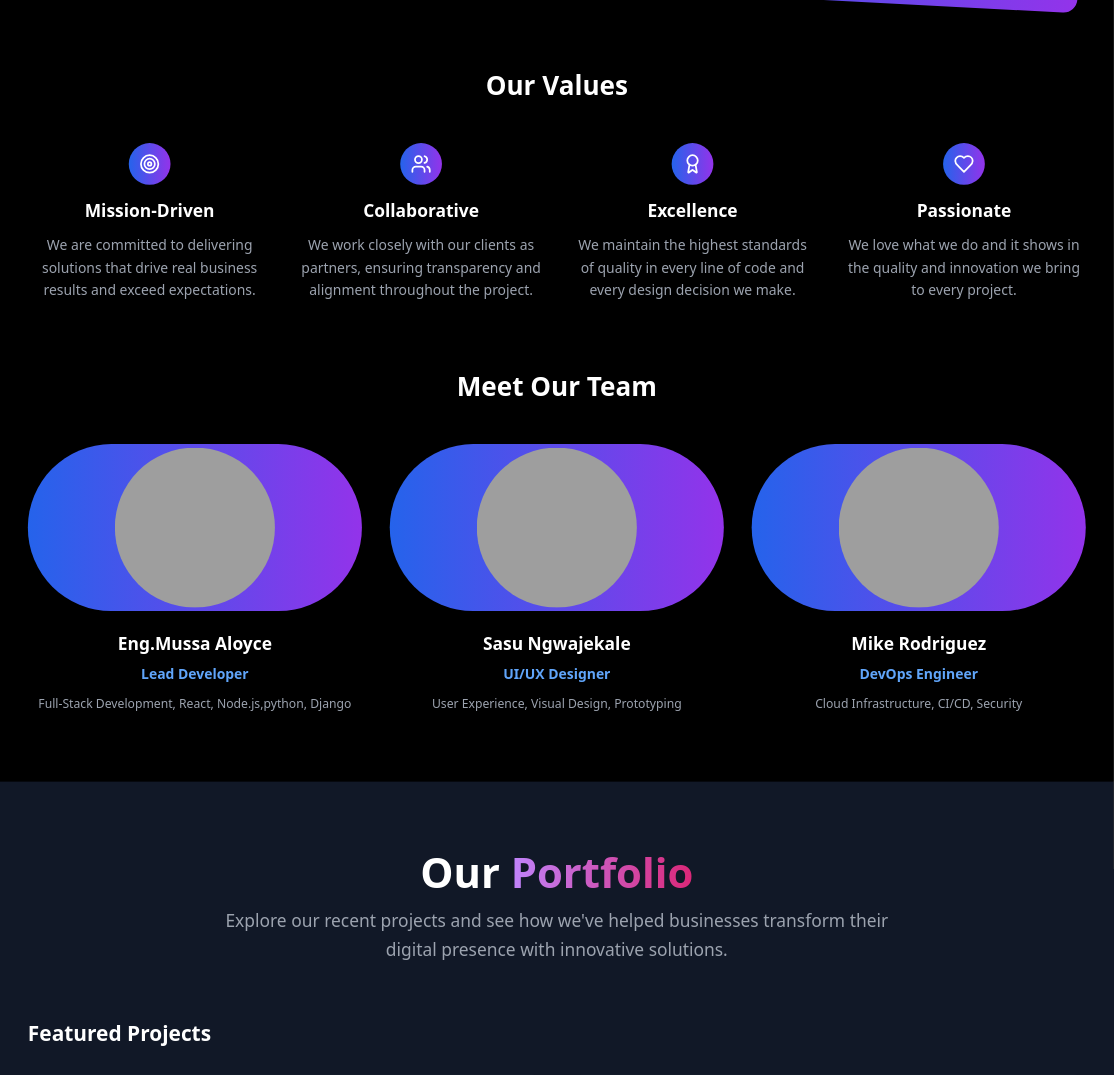
Repository: naza-webtech/nazawebtech.com
Page: /
An editor plug-in stored every save of this project. The page is shown before and after the next save, followed by the edit.
The browser window is 1280 px wide. The pictures show the part of the page from y = 3674 to 4910 px (the page is 9097 px tall), at 87% of full size.
Pictures or frames that could not be fetched are drawn as grey boxes. The project was rebuilt for these pictures with package versions that can differ from the ones it lists, and the page was loaded fresh each time. Also part of the build but not shown: vite.config.ts.

Above is the page before, as saved 2025-11-14 09:20:28.

### index.html
<!doctype html>
<html lang="en">
  <head>
    <meta charset="UTF-8" />
    <link rel="icon" type="image/svg+xml" href="/vite.svg" />
    <meta name="viewport" content="width=device-width, initial-scale=1.0" />
    <title>NazaWebTech - Web Development & Digital Solutions</title>
    <meta name="description" content="Transform your business with innovative web development, mobile apps, and digital solutions. Expert team delivering cutting-edge technology solutions.">
    <meta name="keywords" content="web development, mobile apps, e-commerce, digital solutions, React, Next.js, technology consulting">
  </head>
  <body>
    <div id="root"></div>
    <script type="module" src="/src/main.tsx"></script>
  </body>
</html>

### src/App.tsx
import React from 'react';
import Header from './components/Header';
import Hero from './components/Hero';
import Services from './components/Services';
import About from './components/About';
import Portfolio from './components/Portfolio';
import Testimonials from './components/Testimonials';
import Contact from './components/Contact';
import Footer from './components/Footer';

function App() {
  return (
    <div className="bg-black">
      <Header />
      <Hero />
      <Services />
      <About />
      <Portfolio />
      <Testimonials />
      <Contact />
      <Footer />
    </div>
  );
}

export default App;

### src/components/Header.tsx
import React, { useState, useEffect } from 'react';
import { Menu, X, Code2 } from 'lucide-react';

const Header = () => {
  const [isMenuOpen, setIsMenuOpen] = useState(false);
  const [isScrolled, setIsScrolled] = useState(false);

  useEffect(() => {
    const handleScroll = () => {
      setIsScrolled(window.scrollY > 50);
    };
    window.addEventListener('scroll', handleScroll);
    return () => window.removeEventListener('scroll', handleScroll);
  }, []);

  const navItems = [
    { label: 'Home', href: '#home' },
    { label: 'Services', href: '#services' },
    { label: 'About', href: '#about' },
    { label: 'Portfolio', href: '#portfolio' },
    { label: 'Contact', href: '#contact' },
  ];

  const scrollToSection = (href: string) => {
    const element = document.querySelector(href);
    if (element) {
      element.scrollIntoView({ behavior: 'smooth' });
      setIsMenuOpen(false);
    }
  };

  return (
    <header className={`fixed top-0 left-0 right-0 z-50 transition-all duration-300 ${
      isScrolled ? 'bg-gray-900/95 backdrop-blur-md shadow-lg' : 'bg-transparent'
    }`}>
      <div className="max-w-7xl mx-auto px-4 sm:px-6 lg:px-8">
        <div className="flex items-center justify-between h-16">
          <div className="flex items-center space-x-2">
            <Code2 className="h-8 w-8 text-blue-500" />
            <span className="text-xl font-bold text-white">NazaWebTech</span>
          </div>

          <nav className="hidden md:flex items-center space-x-8">
            {navItems.map((item) => (
              <button
                key={item.label}
                onClick={() => scrollToSection(item.href)}
                className="text-gray-300 hover:text-white transition-colors duration-200 font-medium"
              >
                {item.label}
              </button>
            ))}
            <button
              onClick={() => scrollToSection('#contact')}
              className="bg-blue-600 hover:bg-blue-700 text-white px-6 py-2 rounded-full transition-colors duration-200 font-medium"
            >
              Get Started
            </button>
          </nav>

          <button
            className="md:hidden text-white"
            onClick={() => setIsMenuOpen(!isMenuOpen)}
          >
            {isMenuOpen ? <X size={24} /> : <Menu size={24} />}
          </button>
        </div>

        {/* Mobile menu */}
        {isMenuOpen && (
          <div className="md:hidden bg-gray-900/95 backdrop-blur-md rounded-lg mt-2 p-4">
            {navItems.map((item) => (
              <button
                key={item.label}
                onClick={() => scrollToSection(item.href)}
                className="block w-full text-left text-gray-300 hover:text-white py-2 transition-colors duration-200"
              >
                {item.label}
              </button>
            ))}
            <button
              onClick={() => scrollToSection('#contact')}
              className="w-full bg-blue-600 hover:bg-blue-700 text-white px-6 py-2 rounded-full transition-colors duration-200 mt-4"
            >
              Get Started
            </button>
          </div>
        )}
      </div>
    </header>
  );
};

export default Header;

### src/components/Hero.tsx
import React from 'react';
import { ArrowRight, Play } from 'lucide-react';

const Hero = () => {
  const scrollToSection = (href: string) => {
    const element = document.querySelector(href);
    if (element) {
      element.scrollIntoView({ behavior: 'smooth' });
    }
  };

  return (
    <section id="home" className="relative min-h-screen flex items-center justify-center overflow-hidden">
      {/* Background */}
      <div className="absolute inset-0 bg-gradient-to-br from-gray-900 via-gray-800 to-black">
        <div className="absolute inset-0 bg-[url('https://images.pexels.com/photos/546819/pexels-photo-546819.jpeg')] bg-cover bg-center opacity-10"></div>
        <div className="absolute inset-0 bg-gradient-to-r from-blue-600/20 to-purple-600/20"></div>
      </div>

      {/* Animated particles */}
      <div className="absolute inset-0">
        {[...Array(20)].map((_, i) => (
          <div
            key={i}
            className="absolute w-2 h-2 bg-blue-500 rounded-full opacity-30 animate-pulse"
            style={{
              left: `${Math.random() * 100}%`,
              top: `${Math.random() * 100}%`,
              animationDelay: `${Math.random() * 3}s`,
              animationDuration: `${2 + Math.random() * 3}s`,
            }}
          />
        ))}
      </div>

      <div className="relative z-10 max-w-7xl mx-auto px-4 sm:px-6 lg:px-8 text-center">
        <div className="max-w-4xl mx-auto">
          <h1 className="text-5xl md:text-7xl font-bold text-white mb-6 leading-tight">
            <span className="bg-gradient-to-r from-blue-400 to-purple-600 bg-clip-text text-transparent">
              Crafting
            </span>{' '}
            Digital Excellence
          </h1>

          <p className="text-xl md:text-2xl text-gray-300 mb-8 leading-relaxed max-w-3xl mx-auto">
            We transform your vision into powerful digital experiences through cutting-edge web development,
            innovative design, and strategic technology solutions.
          </p>

          <div className="flex flex-col sm:flex-row items-center justify-center gap-4 mb-12">
            <button
              onClick={() => scrollToSection('#services')}
              className="group bg-blue-600 hover:bg-blue-700 text-white px-8 py-4 rounded-full font-semibold transition-all duration-300 transform hover:scale-105 hover:shadow-xl flex items-center gap-2"
            >
              Explore Our Services
              <ArrowRight className="w-5 h-5 group-hover:translate-x-1 transition-transform duration-300" />
            </button>

            <button
              onClick={() => scrollToSection('#portfolio')}
              className="group bg-transparent border-2 border-white text-white hover:bg-white hover:text-gray-900 px-8 py-4 rounded-full font-semibold transition-all duration-300 flex items-center gap-2"
            >
              <Play className="w-5 h-5" />
              View Our Work
            </button>
          </div>

          <div className="grid grid-cols-1 md:grid-cols-3 gap-8 mt-16">
            <div className="text-center">
              <div className="text-4xl font-bold text-blue-400 mb-2">50+</div>
              <div className="text-gray-400">Projects Completed</div>
            </div>
            <div className="text-center">
              <div className="text-4xl font-bold text-emerald-400 mb-2">5+</div>
              <div className="text-gray-400">Years Experience</div>
            </div>
            <div className="text-center">
              <div className="text-4xl font-bold text-orange-400 mb-2">100%</div>
              <div className="text-gray-400">Client Satisfaction</div>
            </div>
          </div>
        </div>
      </div>

      {/* Scroll indicator */}
      <div className="absolute bottom-8 left-1/2 transform -translate-x-1/2 animate-bounce">
        <div className="w-6 h-10 border-2 border-white rounded-full flex justify-center">
          <div className="w-1 h-3 bg-white rounded-full mt-2 animate-pulse"></div>
        </div>
      </div>
    </section>
  );
};

export default Hero;

### src/components/About.tsx
import React from 'react';
import { Users, Award, Target, Heart } from 'lucide-react';

const About = () => {
  const values = [
    {
      icon: <Target className="w-6 h-6" />,
      title: 'Mission-Driven',
      description: 'We are committed to delivering solutions that drive real business results and exceed expectations.'
    },
    {
      icon: <Users className="w-6 h-6" />,
      title: 'Collaborative',
      description: 'We work closely with our clients as partners, ensuring transparency and alignment throughout the project.'
    },
    {
      icon: <Award className="w-6 h-6" />,
      title: 'Excellence',
      description: 'We maintain the highest standards of quality in every line of code and every design decision we make.'
    },
    {
      icon: <Heart className="w-6 h-6" />,
      title: 'Passionate',
      description: 'We love what we do and it shows in the quality and innovation we bring to every project.'
    }
  ];

  const team = [
    {
      name: 'Eng.Mussa Aloyce',
      role: 'Lead Developer',
      image: 'p',
      expertise: 'Full-Stack Development, React, Node.js,python, Django'
    },
    {
      name: 'Sasu Ngwajekale',
      role: 'UI/UX Designer',
      image: 'https://images.pexels.com/photos/774909/pexels-photo-774909.jpeg',
      expertise: 'User Experience, Visual Design, Prototyping'
    },
    {
      name: 'Mike Rodriguez',
      role: 'DevOps Engineer',
      image: 'https://images.pexels.com/photos/697509/pexels-photo-697509.jpeg',
      expertise: 'Cloud Infrastructure, CI/CD, Security'
    }
  ];

  return (
    <section id="about" className="py-20 bg-black">
      <div className="max-w-7xl mx-auto px-4 sm:px-6 lg:px-8">
        <div className="text-center mb-16">
          <h2 className="text-4xl md:text-5xl font-bold text-white mb-4">
            About <span className="bg-gradient-to-r from-emerald-400 to-blue-600 bg-clip-text text-transparent">NazaWebTech</span>
          </h2>
          <p className="text-xl text-gray-400 max-w-3xl mx-auto leading-relaxed">
            We're a passionate team of developers, designers, and strategists dedicated to creating
            exceptional digital experiences that drive business growth.
          </p>
        </div>

        <div className="grid grid-cols-1 lg:grid-cols-2 gap-16 items-center mb-20">
          <div>
            <h3 className="text-3xl font-bold text-white mb-6">Our Story</h3>
            <p className="text-gray-300 mb-6 leading-relaxed">
              Founded in 2019, NazaWebTech began as a vision to bridge the gap between cutting-edge
              technology and business success. We've grown from a small startup to a trusted partner
              for businesses ranging from startups to enterprise corporations.
            </p>
            <p className="text-gray-300 mb-6 leading-relaxed">
              Our approach combines technical expertise with deep business understanding, ensuring
              that every solution we create not only works flawlessly but also drives measurable
              results for our clients.
            </p>
            <div className="flex items-center space-x-8">
              <div>
                <div className="text-2xl font-bold text-emerald-400">50+</div>
                <div className="text-gray-400 text-sm">Happy Clients</div>
              </div>
              <div>
                <div className="text-2xl font-bold text-blue-400">100+</div>
                <div className="text-gray-400 text-sm">Projects</div>
              </div>
              <div>
                <div className="text-2xl font-bold text-orange-400">5+</div>
                <div className="text-gray-400 text-sm">Years</div>
              </div>
            </div>
          </div>

          <div className="relative">
            <div className="absolute inset-0 bg-gradient-to-r from-blue-600 to-purple-600 rounded-2xl transform rotate-3"></div>
            <img
              src="https://images.pexels.com/photos/3183150/pexels-photo-3183150.jpeg"
              alt="Team working"
              className="relative rounded-2xl w-full h-96 object-cover"
            />
          </div>
        </div>

        <div className="mb-20">
          <h3 className="text-3xl font-bold text-white text-center mb-12">Our Values</h3>
          <div className="grid grid-cols-1 md:grid-cols-2 lg:grid-cols-4 gap-8">
            {values.map((value, index) => (
              <div key={index} className="text-center">
                <div className="bg-gradient-to-r from-blue-600 to-purple-600 w-12 h-12 rounded-full flex items-center justify-center mx-auto mb-4 text-white">
                  {value.icon}
                </div>
                <h4 className="text-xl font-bold text-white mb-3">{value.title}</h4>
                <p className="text-gray-400 leading-relaxed">{value.description}</p>
              </div>
            ))}
          </div>
        </div>

        <div>
          <h3 className="text-3xl font-bold text-white text-center mb-12">Meet Our Team</h3>
          <div className="grid grid-cols-1 md:grid-cols-3 gap-8">
            {team.map((member, index) => (
              <div key={index} className="group text-center">
                <div className="relative mb-6">
                  <div className="absolute inset-0 bg-gradient-to-r from-blue-600 to-purple-600 rounded-full transform group-hover:scale-105 transition-transform duration-300"></div>
                  <img
                    src={member.image}
                    alt={member.name}
                    className="relative w-48 h-48 rounded-full object-cover mx-auto p-1"
                  />
                </div>
                <h4 className="text-xl font-bold text-white mb-2">{member.name}</h4>
                <p className="text-blue-400 font-semibold mb-3">{member.role}</p>
                <p className="text-gray-400 text-sm">{member.expertise}</p>
              </div>
            ))}
          </div>
        </div>
      </div>
    </section>
  );
};

export default About;

### src/components/Testimonials.tsx
import React from 'react';
import { Star, Quote } from 'lucide-react';

const Testimonials = () => {
  const testimonials = [
    {
      name: 'M',
      role: 'CEO, TechStart Inc.',
      image: 'https://images.pexels.com/photos/415829/pexels-photo-415829.jpeg',
      content: 'NazaWebTech transformed our outdated website into a modern, high-performing platform that increased our conversions by 200%. Their attention to detail and technical expertise is unmatched.',
      rating: 5
    },
    {
      name: 'David Kim',
      role: 'Founder, EcoCommerce',
      image: 'https://images.pexels.com/photos/1222271/pexels-photo-1222271.jpeg',
      content: 'Working with NazaWebTech was a game-changer for our e-commerce business. They delivered a scalable solution that handles our peak traffic seamlessly. Highly recommended!',
      rating: 5
    },
    {
      name: 'Maria Santos',
      role: 'CTO, HealthTech Solutions',
      image: 'https://images.pexels.com/photos/733872/pexels-photo-733872.jpeg',
      content: 'The team\'s expertise in healthcare technology and compliance requirements was impressive. They delivered a HIPAA-compliant platform that exceeds all our expectations.',
      rating: 5
    },
    {
      name: 'Robert Chen',
      role: 'Director, Financial Services',
      image: 'https://images.pexels.com/photos/1043471/pexels-photo-1043471.jpeg',
      content: 'Security and performance were our top priorities, and NazaWebTech delivered on both fronts. Our mobile app has been running flawlessly with zero security incidents.',
      rating: 5
    }
  ];

  return (
    <section className="py-20 bg-black">
      <div className="max-w-7xl mx-auto px-4 sm:px-6 lg:px-8">
        <div className="text-center mb-16">
          <h2 className="text-4xl md:text-5xl font-bold text-white mb-4">
            What Our <span className="bg-gradient-to-r from-yellow-400 to-orange-600 bg-clip-text text-transparent">Clients Say</span>
          </h2>
          <p className="text-xl text-gray-400 max-w-3xl mx-auto leading-relaxed">
            Don't just take our word for it. Here's what our clients have to say about
            working with NazaWebTech.
          </p>
        </div>

        <div className="grid grid-cols-1 md:grid-cols-2 gap-8">
          {testimonials.map((testimonial, index) => (
            <div
              key={index}
              className="group bg-gray-900/50 backdrop-blur-sm rounded-2xl p-8 border border-gray-700/50 hover:border-yellow-500/50 transition-all duration-300 hover:transform hover:scale-105 hover:shadow-2xl relative"
            >
              <Quote className="absolute top-6 right-6 w-8 h-8 text-yellow-500/20" />

              <div className="flex items-center mb-6">
                <img
                  src={testimonial.image}
                  alt={testimonial.name}
                  className="w-16 h-16 rounded-full object-cover mr-4"
                />
                <div>
                  <h4 className="text-xl font-bold text-white">{testimonial.name}</h4>
                  <p className="text-gray-400">{testimonial.role}</p>
                </div>
              </div>

              <div className="flex mb-4">
                {[...Array(testimonial.rating)].map((_, starIndex) => (
                  <Star key={starIndex} className="w-5 h-5 text-yellow-500 fill-current" />
                ))}
              </div>

              <p className="text-gray-300 leading-relaxed italic">
                "{testimonial.content}"
              </p>
            </div>
          ))}
        </div>

        <div className="text-center mt-16">
          <div className="inline-flex items-center space-x-8 bg-gray-900/50 rounded-full px-8 py-4 border border-gray-700/50">
            <div className="text-center">
              <div className="text-2xl font-bold text-yellow-400">4.9/5</div>
              <div className="text-gray-400 text-sm">Average Rating</div>
            </div>
            <div className="w-px h-12 bg-gray-700"></div>
            <div className="text-center">
              <div className="text-2xl font-bold text-yellow-400">50+</div>
              <div className="text-gray-400 text-sm">Happy Clients</div>
            </div>
            <div className="w-px h-12 bg-gray-700"></div>
            <div className="text-center">
              <div className="text-2xl font-bold text-yellow-400">100%</div>
              <div className="text-gray-400 text-sm">Satisfaction</div>
            </div>
          </div>
        </div>
      </div>
    </section>
  );
};

export default Testimonials;

Loaded but not shown: src/main.tsx (common file); src/index.css (common file); tailwind.config.js (common file); src/components/Portfolio.tsx (201 lines, source omitted); src/components/Contact.tsx (201 lines, source omitted); src/components/Services.tsx (136 lines, source omitted); src/components/Footer.tsx (142 lines, source omitted)

After the next save:
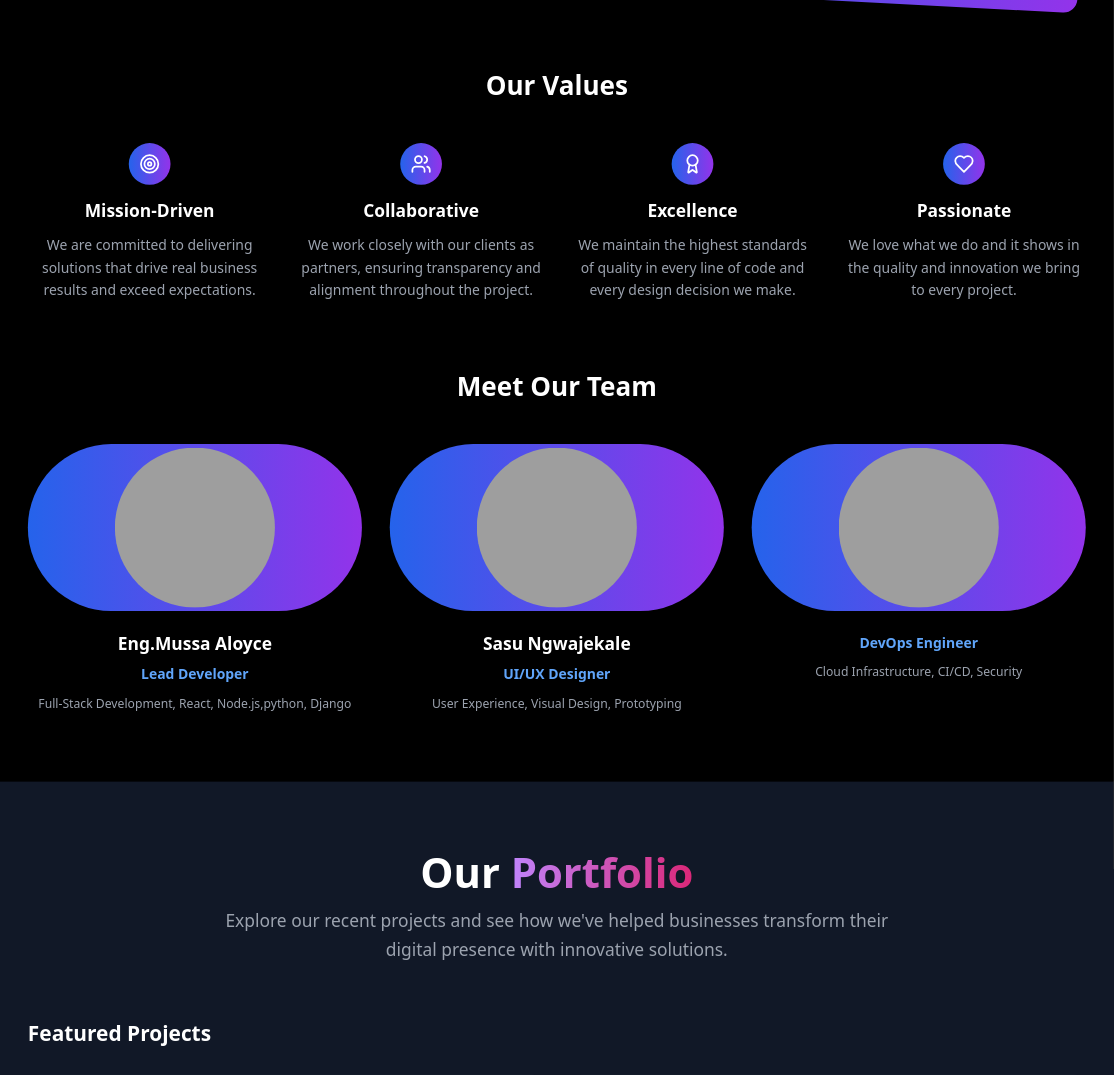
Saved 14 s later.
--- a/src/components/About.tsx
+++ b/src/components/About.tsx
@@ -39,7 +39,7 @@ const About = () => {
       expertise: 'User Experience, Visual Design, Prototyping'
     },
     {
-      name: 'Mike Rodriguez',
+      name: '',
       role: 'DevOps Engineer',
       image: 'https://images.pexels.com/photos/697509/pexels-photo-697509.jpeg',
       expertise: 'Cloud Infrastructure, CI/CD, Security'
